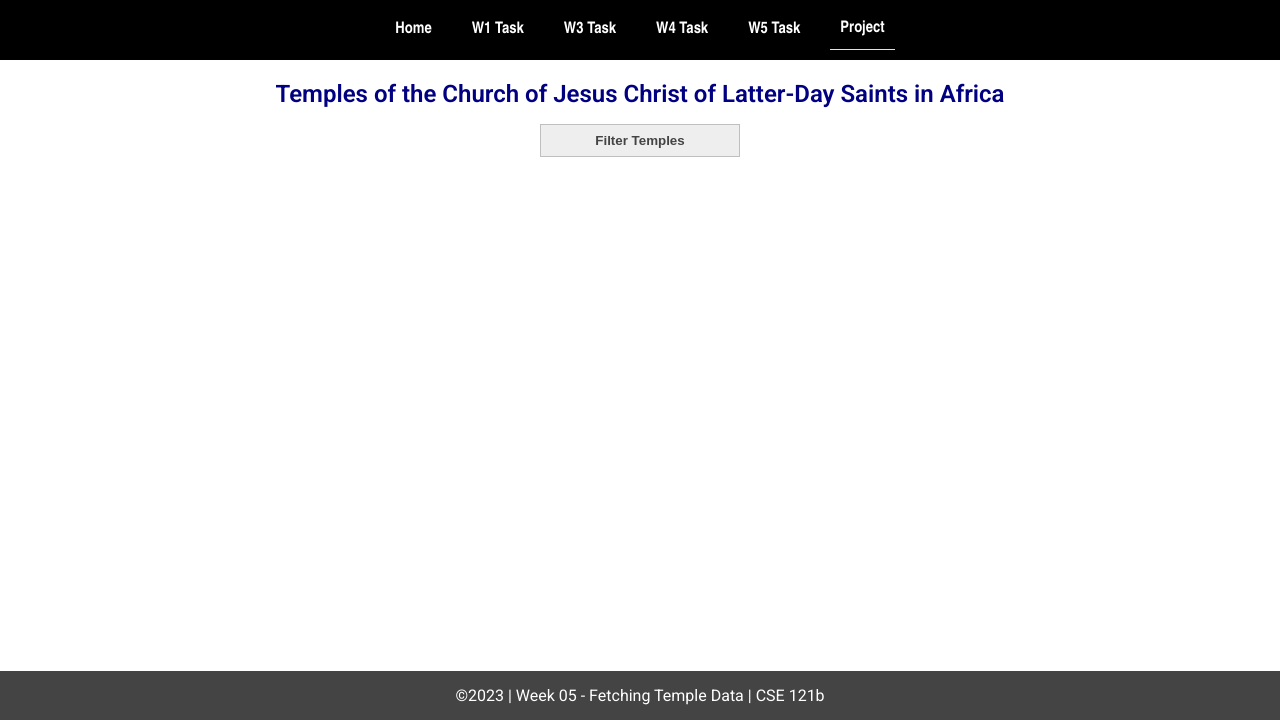
Repository: mszakutumela/cse121b
Page: Project/project.html
The author's editor kept a copy of each file at every save. The page is drawn from the files as they stood at one save, then again after a run of saves.
The browser window is 1280 px wide. The pictures show the whole page.

Above is the page before, as saved 2023-10-24 14:32:29.

After the next 2 saves:
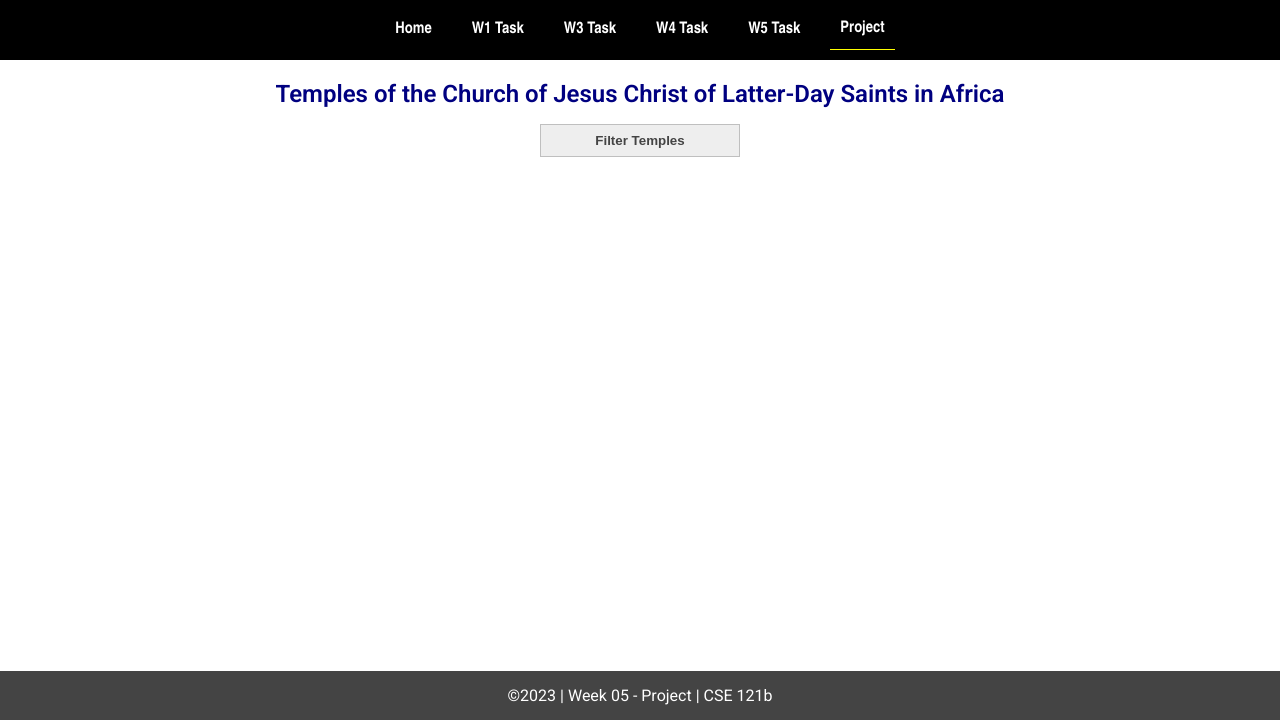
The 2 saves are shown as one change because they came seconds apart.
The last was saved 21 s later.
--- a/Project/project.html
+++ b/Project/project.html
@@ -42,7 +42,7 @@
 
 
   <footer>
-    &copy;<span id="year"></span> | Week 05 - Fetching Temple Data | CSE 121b
+    &copy;<span id="year"></span> | Week 05 - Project | CSE 121b
   </footer>
   <script src="scripts/main.js"></script>
   <script>
